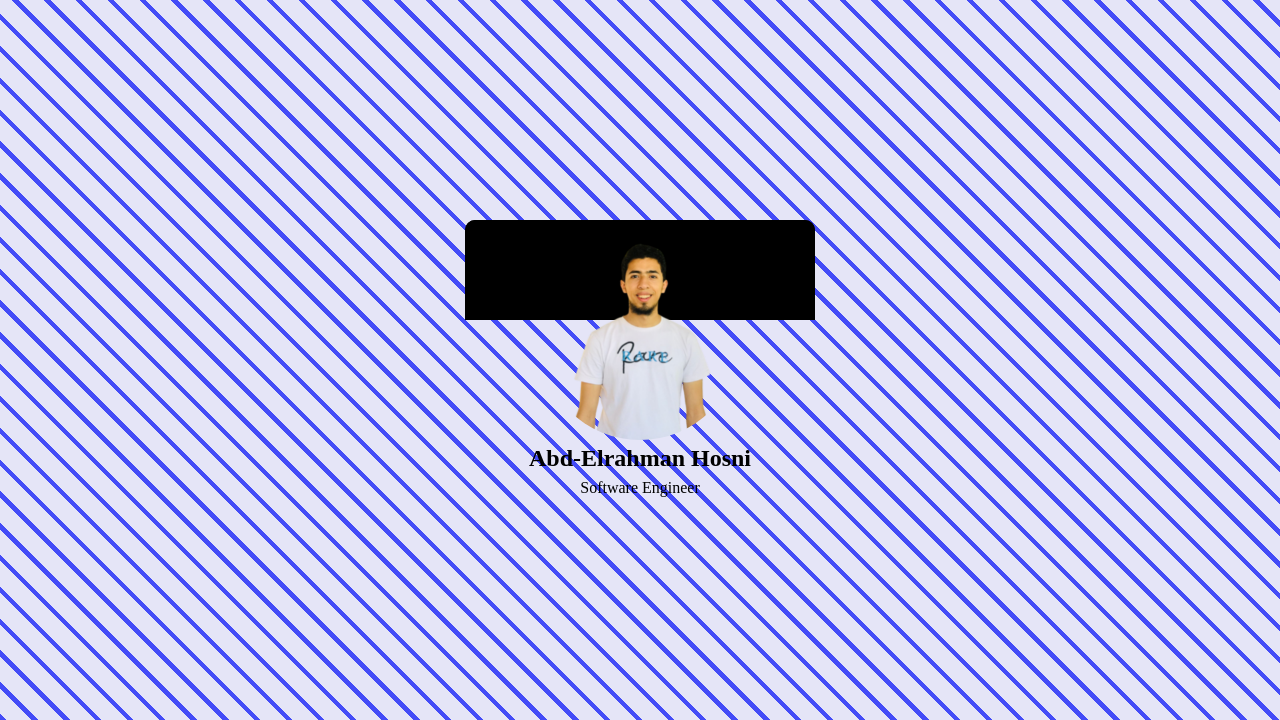
Repository: Abdo-Hosni123/Html-and-css-projects
Page: index.html
An editor plug-in stored every save of this project. The page is shown before and after the next save, followed by the edit.
The browser window is 1280 px wide. The pictures show the whole page.

Above is the page before, as saved 2023-12-05 22:13:26.

### index.html
<!DOCTYPE html>
<html lang="en">
<head>
    <meta charset="UTF-8">
    <meta name="viewport" content="width=device-width, initial-scale=1.0">
    <title>Abd-Elrahman Honsi's profile component</title>
    <link rel="stylesheet" href="Style.css">
</head>
<body>
    <div class="container">
        <article class="card">
            <div class="top"></div>
            <div class="middle">
                <img src="./assets/mypicture.webp" alt="picture of Abdelrahman Hosni" class="card-img">
                <h1>Abd-Elrahman Hosni</h1>
                <p>Software Engineer</p>
            </div>
            <div class="bottom"></div>
        </article>

    </div>
</body>
</html>

### Style.css

*, *::before, *::after {
box-sizing: border-box;
}
* {
margin: 0;
}
body {
line-height: 1.5;
-webkit-font-smoothing: antialiased;
}

img, picture, video, canvas, svg {
display: block;
max-width: 100%;
}

input, button, textarea, select {
font: inherit;
}

p, h1, h2, h3, h4, h5, h6 {
overflow-wrap: break-word;
}

#root, #__next {
isolation: isolate;
}
.container{
    display: flex;
    align-items: center;
    justify-content: center;
    min-height: 100vh;
    background-color: #e5e5f7;
    background: repeating-linear-gradient( 45deg, #444cf7, #444cf7 4.5px, #e5e5f7 4.5px, #e5e5f7 22.5px );
}
.card {
    display: flex;
    flex-direction: column;
    min-width: 350px;
    border-radius: 10px;
    overflow: hidden;
}
.top {
    height: 100px;
    background-color: #000000;
    opacity: 1;
    background-image: radial-gradient(#000000 0.45px, #000000 0.45px);
    background-size: 9px 9px;
    z-index: 1;
}
.middle{
    display: flex;
    flex-direction: column;
    justify-content: center;
    align-items: center;
}
.card-img{
    margin-top: -80px;
    border-radius: 50%;
    height: 200px;
    z-index: 2;
}

After the next save:
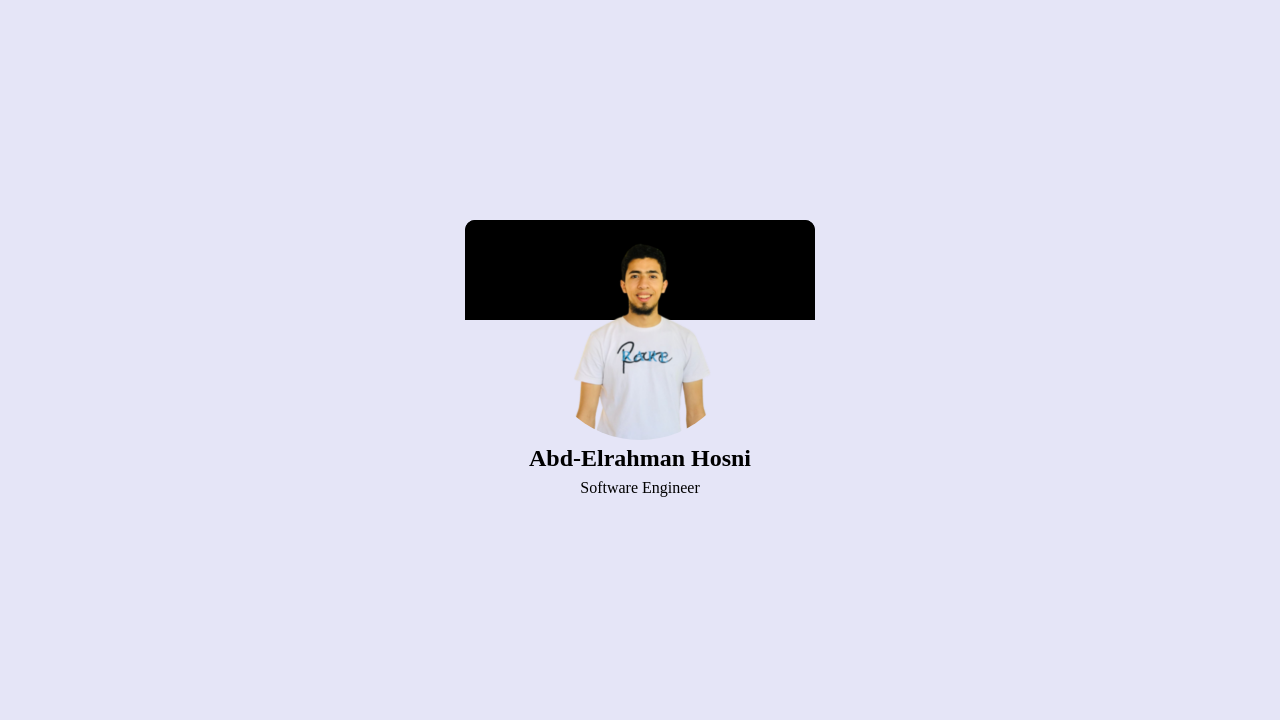
Saved 31 s later.
--- a/Style.css
+++ b/Style.css
@@ -32,7 +32,7 @@
     justify-content: center;
     min-height: 100vh;
     background-color: #e5e5f7;
-    background: repeating-linear-gradient( 45deg, #444cf7, #444cf7 4.5px, #e5e5f7 4.5px, #e5e5f7 22.5px );
+
 }
 .card {
     display: flex;
